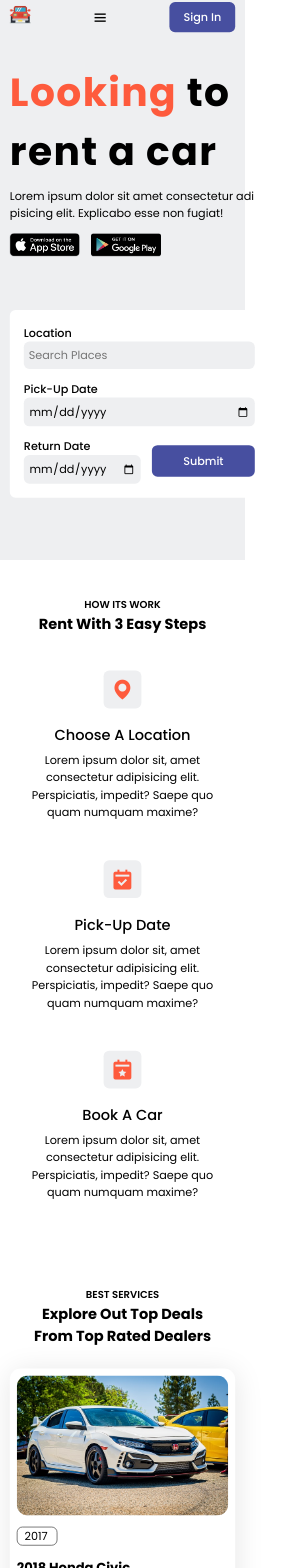
Repository: douglasabnovato/car-rental
Page: index.html
The author's editor kept a copy of each file at every save. The page is drawn from the files as they stood at one save, then again after the next save.
The browser window is 350 px wide. The page is 417 px wide, so the pictures cover 417 px, including what lies to the right of the window. The pictures show the part of the page from y = 0 to 2240 px (the page is 6547 px tall), at 70% of full size.

Above is the page before, as saved 2025-05-16 22:07:34.

### index.html
<!DOCTYPE html>
<html lang="en">
  <head>
    <meta charset="UTF-8" />
    <meta name="viewport" content="width=device-width, initial-scale=1.0" />
    <title>Car Rental</title>
    <link
      rel="stylesheet"
      href="https://cdn.jsdelivr.net/npm/boxicons@latest/css/boxicons.min.css"
    />
    <link rel="stylesheet" href="./style.css" />
  </head>
  <body>
    <!-- Header -->
    <header>
      <a href="#" class="logo"
        ><img src="./assets/jeep.png" alt="logo da car rental" srcset=""
      /></a>
      <div class="bx bx-menu" id="menu-icon"></div>
      <ul class="navbar">
        <li><a href="#home">Home</a></li>
        <li><a href="#ride">Ride</a></li>
        <li><a href="#services">Services</a></li>
        <li><a href="#about">About</a></li>
        <li><a href="#reviews">Reviews</a></li>
      </ul>
      <div class="header-btn">
        <a href="#" class="sign-up">Sign Up</a>
        <a href="#" class="sign-in">Sign In</a>
      </div>
    </header>

    <!-- Home -->
    <section class="home" id="home">
      <div class="text">
        <h1>
          <span>Looking</span> to <br />
          rent a car
        </h1>
        <p>
          Lorem ipsum dolor sit amet consectetur adi <br />
          pisicing elit. Explicabo esse non fugiat!
        </p>
        <div class="app-stores">
          <img src="./assets/ios.png" alt="" />
          <img src="./assets/play.png" alt="" />
        </div>
      </div>
      <div class="form-container">
        <form action="">
          <div class="input-box">
            <span>Location</span>
            <input type="search" name="" id="" placeholder="Search Places" />
          </div>
          <div class="input-box">
            <span>Pick-Up Date</span>
            <input type="date" name="" id="" />
          </div>
          <div class="input-box">
            <span>Return Date</span>
            <input type="date" name="" id="" />
          </div>
          <input type="submit" name="" id="" class="btn" />
        </form>
      </div>
    </section>

    <!-- Ride -->
    <section class="ride" id="ride">
      <div class="heading">
        <span>How Its Work</span>
        <h1>Rent With 3 Easy Steps</h1>
      </div>
      <div class="ride-container">
        <div class="box">
          <i class="bx bxs-map"></i>
          <h2>Choose A Location</h2>
          <p>
            Lorem ipsum dolor sit, amet consectetur adipisicing elit.
            Perspiciatis, impedit? Saepe quo quam numquam maxime?
          </p>
        </div>
        <div class="box">
          <i class="bx bxs-calendar-check"></i>
          <h2>Pick-Up Date</h2>
          <p>
            Lorem ipsum dolor sit, amet consectetur adipisicing elit.
            Perspiciatis, impedit? Saepe quo quam numquam maxime?
          </p>
        </div>
        <div class="box">
          <i class="bx bxs-calendar-star"></i>
          <h2>Book A Car</h2>
          <p>
            Lorem ipsum dolor sit, amet consectetur adipisicing elit.
            Perspiciatis, impedit? Saepe quo quam numquam maxime?
          </p>
        </div>
      </div>
    </section>

    <!-- Services -->
    <section class="services" id="services">
      <div class="heading">
        <span>Best Services</span>
        <h1>
          Explore Out Top Deals <br />
          From Top Rated Dealers
        </h1>
      </div>
      <div class="services-container">
        <div class="box">
          <div class="box-img">
            <img src="./assets/car1.jpg" alt="car1" />
          </div>
          <p>2017</p>
          <h3>2018 Honda Civic</h3>
          <h2>$58500 | $358 <span> /month</span></h2>
          <a href="#" class="btn">Rent Now</a>
        </div>

        <div class="box">
          <div class="box-img">
            <img src="./assets/car2.jpg" alt="car1" />
          </div>
          <p>2017</p>
          <h3>2018 Honda Civic</h3>
          <h2>$58500 | $358 <span> /month</span></h2>
          <a href="#" class="btn">Rent Now</a>
        </div>

        <div class="box">
          <div class="box-img">
            <img src="./assets/car3.jpg" alt="car1" />
          </div>
          <p>2017</p>
          <h3>2018 Honda Civic</h3>
          <h2>$58500 | $358 <span> /month</span></h2>
          <a href="#" class="btn">Rent Now</a>
        </div>

        <div class="box">
          <div class="box-img">
            <img src="./assets/car4.jpg" alt="car1" />
          </div>
          <p>2017</p>
          <h3>2018 Honda Civic</h3>
          <h2>$58500 | $358 <span> /month</span></h2>
          <a href="#" class="btn">Rent Now</a>
        </div>

        <div class="box">
          <div class="box-img">
            <img src="./assets/car5.jpg" alt="car1" />
          </div>
          <p>2017</p>
          <h3>2018 Honda Civic</h3>
          <h2>$58500 | $358 <span> /month</span></h2>
          <a href="#" class="btn">Rent Now</a>
        </div>

        <div class="box">
          <div class="box-img">
            <img src="./assets/car6.jpg" alt="car1" />
          </div>
          <p>2017</p>
          <h3>2018 Honda Civic</h3>
          <h2>$58500 | $358 <span> /month</span></h2>
          <a href="#" class="btn">Rent Now</a>
        </div>
      </div>
    </section>

    <!-- About -->
    <section class="about" id="about">
      <div class="heading">
        <span>About Us</span>
        <h1>Best Customer Experience</h1>
      </div>
      <div class="about-container">
        <div class="about-img">
          <img src="./assets/about.png" alt="" />
        </div>
        <div class="about-text">
          <span>About Us</span>
          <p>
            Lorem ipsum dolor sit amet consectetur adipisicing elit. Nemo atque
            quidem excepturi sunt est qui corporis iusto quo nobis vitae
            molestias veniam deleniti fugiat, beatae iste doloribus rerum
            officiis iure voluptates perferendis eaque ratione?
          </p>
          <a href="#" class="btn">Learn More</a>
        </div>
      </div>
    </section>

    <!-- Reviews -->
    <section class="reviews" id="reviews">
      <div class="heading">
        <span>Reviews</span>
        <h1>Whats Our Customer Say</h1>
      </div>
      <div class="reviews-container">
        <div class="box">
          <div class="rev-img">
            <img src="./assets/rev1.jpg" alt="" />
          </div>
          <h2>Someone Name</h2>
          <div class="stars">
            <i class="bx bxs-star"></i>
            <i class="bx bxs-star"></i>
            <i class="bx bxs-star"></i>
            <i class="bx bxs-star"></i>
            <i class="bx bxs-star-half"></i>
          </div>
          <p>
            Lorem ipsum dolor sit amet consectetur adipisicing elit. Explicabo
            qui similique laborum hic molestiae. Quaerat ipsa cum sit.
          </p>
        </div>
        <div class="box">
          <div class="rev-img">
            <img src="./assets/rev2.jpg" alt="" />
          </div>
          <h2>Someone Name</h2>
          <div class="stars">
            <i class="bx bxs-star"></i>
            <i class="bx bxs-star"></i>
            <i class="bx bxs-star"></i>
            <i class="bx bxs-star"></i>
            <i class="bx bxs-star-half"></i>
          </div>
          <p>
            Lorem ipsum dolor sit amet consectetur adipisicing elit. Explicabo
            qui similique laborum hic molestiae. Quaerat ipsa cum sit.
          </p>
        </div>
        <div class="box">
          <div class="rev-img">
            <img src="./assets/rev3.jpg" alt="" />
          </div>
          <h2>Someone Name</h2>
          <div class="stars">
            <i class="bx bxs-star"></i>
            <i class="bx bxs-star"></i>
            <i class="bx bxs-star"></i>
            <i class="bx bxs-star"></i>
            <i class="bx bxs-star-half"></i>
          </div>
          <p>
            Lorem ipsum dolor sit amet consectetur adipisicing elit. Explicabo
            qui similique laborum hic molestiae. Quaerat ipsa cum sit.
          </p>
        </div>
      </div>
    </section>

    <!-- Newsletter -->
    <section class="newsletter">
      <h2>Subscribe To Newsletter</h2>
      <div class="box">
        <input type="text" placeholder="Enter Your E-mail ..." />
        <a href="#" class="btn">Subscribe</a>
      </div>
    </section>

    <!-- Copyright -->
    <div class="copyright">
      <p>&#169; @douglasabnovato All Right Reserved</p>
      <div class="social">
        <a href="#"><i class="bx bxl-facebook"></i></a>
        <a href="#"><i class="bx bxl-twitter"></i></a>
        <a href="#"><i class="bx bxl-instagram"></i></a>
      </div>
    </div>

    <!-- Link to JS -->
    <script src="./script.js"></script>
  </body>
</html>

### style.css
@import url("https://fonts.googleapis.com/css2?family=Noto+Sans:ital,wght@0,100..900;1,100..900&family=Poppins:ital,wght@0,100;0,200;0,300;0,400;0,500;0,600;0,700;0,800;0,900;1,100;1,200;1,300;1,400;1,500;1,600;1,700;1,800;1,900&display=swap");

* {
  margin: 0;
  padding: 0;
  box-sizing: border-box;
  scroll-padding-top: 2rem;
  scroll-behavior: smooth;
  list-style: none;
  text-decoration: none;
  font-family: "Poppins", sans-serif;
}

:root {
  --main-color: #fe5b3d;
  --second-color: #ffac38;
  --text-color: #444;
  --gradient: linear-gradient(#fe5b3d, #ffac38);
}

html::-webkit-scrollbar {
  width: 0.5rem;
}

html::-webkit-scrollbar-track {
  background: transparent;
}

html::-webkit-scrollbar-thumb {
  background: var(--main-color);
  border-radius: 5rem;
}

section {
  padding: 50px 100px;
}

/* Header */

header {
  position: fixed;
  width: 100%;
  top: 0;
  right: 0;
  z-index: 1000;
  display: flex;
  align-items: center;
  justify-content: space-between;
  background: #eeeff1;
  padding: 15px 100px;
}

.logo img {
  width: 40px;
}

.navbar {
  display: flex;
}

.navbar li {
  position: relative;
}

.navbar a {
  font-size: 1rem;
  padding: 10px 20px;
  color: var(--text-color);
  font-weight: 500;
}

.navbar a:after {
  content: "";
  width: 0;
  height: 3px;
  background: var(--gradient);
  position: absolute;
  bottom: -4px;
  left: 0;
  transition: 0.5s;
}

.navbar a:hover::after {
  width: 100%;
}

#menu-icon {
  font-size: 24px;
  cursor: pointer;
  z-index: 10001;
  display: none;
}

.header-btn a {
  padding: 10px 20px;
  color: var(--text-color);
  font-weight: 500;
}

.header-btn .sign-in {
  background: #474fa0;
  color: #fff;
  border-radius: 0.5rem;
}

.header-btn .sign-in:hover {
  background: var(--main-color);
}

/* Home */
.home {
  width: 100%;
  min-height: 100vh;
  position: relative;
  background: url(./assets/Car\ Website\ –\ 1@2x.png);
  background-repeat: no-repeat;
  background-position: center right;
  background-size: cover;
  display: grid;
  align-items: center;
  grid-template-columns: repeat(2, 1fr);
}

.text h1 {
  font-size: 3.5rem;
  letter-spacing: 2px;
}

.text span {
  color: var(--main-color);
}

.text p {
  margin: 0.5rem 0 1rem;
}

.app-stores {
  display: flex;
}

.app-stores img {
  width: 100px;
  margin-right: 1rem;
  cursor: pointer;
}

.form-container form {
  display: flex;
  flex-wrap: wrap;
  align-items: center;
  gap: 1rem;
  position: absolute;
  bottom: 4rem;
  left: 100px;
  background: #fff;
  padding: 20px;
  border-radius: 0.5rem;
}

.input-box {
  flex: 1 1 7rem;
  display: flex;
  flex-direction: column;
}

.input-box span {
  font-weight: 500;
}

.input-box input {
  padding: 7px;
  outline: none;
  border: none;
  background: #eeeff1;
  border-radius: 0.5rem;
  font-size: 1rem;
}

.form-container form .btn {
  flex: 1 1 7rem;
  padding: 10px 34px;
  border: none;
  border-radius: 0.5rem;
  background: #474fa0;
  color: #fff;
  font-size: 1rem;
  font-weight: 500;
}

.form-container form .btn:hover {
  background: var(--main-color);
  cursor: pointer;
}

/* Ride */
.heading {
  text-align: center;
}

.heading span {
  font-weight: 500;
  text-transform: uppercase;
}

.heading h1 {
  font-size: 2rem;
}

.ride-container {
  display: grid;
  align-items: center;
  grid-template-columns: repeat(auto-fit, minmax(250px, auto));
  gap: 1rem;
  margin-top: 2rem;
}

.ride-container .box {
  text-align: center;
  padding: 20px;
}

.ride-container .box .bx {
  font-size: 34px;
  padding: 10px;
  background: #eeeff1;
  border-radius: 0.5rem;
  color: var(--main-color);
}

.ride-container .box h2 {
  font-size: 1.3rem;
  font-weight: 500;
  margin: 1.4rem 0 0.5rem;
}

.ride-container .box .bx:hover,
.ride-container .box .bx .bxs-calendar-star {
  background: var(--gradient);
  color: #fff;
}

/* Services */
.services-container {
  display: grid;
  grid-template-columns: repeat(auto-fit, minmax(300px, auto));
  gap: 1rem;
  margin-top: 2rem;
}

.services-container .box {
  padding: 10px;
  border-radius: 1rem;
  box-shadow: 1px 4px 41px rgba(0, 0, 0, 0.1);
}

.services-container .box .box-img {
  width: 100%;
  height: 200px;
}

.services-container .box .box-img img {
  width: 100%;
  height: 100%;
  border-radius: 1rem;
  object-fit: cover;
  object-position: center;
}

.services-container .box p {
  padding: 0 10px;
  border: 1px solid var(--text-color);
  width: 58px;
  border-radius: 0.5rem;
  margin: 1rem 0 1rem;
}

.services-container .box h2 {
  font-size: 1.1rem;
  font-weight: 600;
  color: var(--main-color);
  margin: 0.2rem 0 0 0.5rem;
}

.services-container .box h2 span {
  font-size: 0.8rem;
  font-weight: 500;
  color: var(--text-color);
}

.services-container .box .btn {
  display: flex;
  justify-content: center;
  background: #474fa0;
  color: #fff;
  padding: 10px;
  border-radius: 0.5rem;
}

.services-container .box .btn:hover {
  background: var(--main-color);
}

/* About */
.about-container {
  display: grid;
  grid-template-columns: repeat(2, 1fr);
  margin-top: 2rem;
  align-items: center;
  gap: 1rem;
}

.about-img img {
  width: 100%;
}

.about-text span {
  font-weight: 500;
  color: var(--main-color);
  text-transform: uppercase;
}

.about-text p {
  margin: 0.5rem 0 1.4rem;
}

.about-text .btn {
  padding: 10px 20px;
  background: #474fa0;
  color: #fff;
  border-radius: 0.5rem;
}

.about-text .btn:hover {
  background: var(--main-color);
}

/* Review */
.reviews-container {
  display: grid;
  grid-template-columns: repeat(auto-fit, minmax(250px, auto));
  gap: 1rem;
  margin-top: 2rem;
}

.rev-img {
  width: 70px;
  height: 70px;
}

.rev-img img {
  width: 100%;
  height: 100%;
  border-radius: 50%;
  object-fit: cover;
  object-position: center;
  border: 2px solid var(--second-color);
}

.reviews-container .box {
  display: flex;
  flex-direction: column;
  align-items: center;
  text-align: center;
  padding: 20px;
  box-shadow: 1px 4px 41px rgba(0, 0, 0, 0.1);
  border-radius: 0.5rem;
}

.reviews-container .box h2 {
  font-size: 1.1rem;
  font-weight: 600;
  margin: 0.5rem 0 0.5rem;
}

.reviews-container .box p {
  font-style: italic;
}

.reviews-container .box .stars .bx {
  color: var(--main-color);
}

/* Newsletter */
.newsletter {
  background: linear-gradient(to top right, #fe5b3d, #ffac38);
  display: flex;
  flex-direction: column;
  align-items: center;
}

.newsletter h2 {
  color: #fff;
  font-size: 1.8rem;
}

.newsletter .box {
  margin-top: 1rem;
  background: #fff;
  border-radius: 0.5rem;
  padding: 4px 8px;
  width: 350px;
  display: flex;
  justify-content: space-between;
}

.newsletter .box input {
  border: none;
  outline: none;
}

.newsletter .box .btn {
  background: #474fa0;
  color: #fff;
  padding: 8px 20px;
  border-radius: 0.5rem;
}

/* Copyright */
.copyright {
  padding: 20px;
  display: flex;
  justify-content: space-between;
  align-items: center;
}

.social a {
  color: #444;
  padding: 10px;
  font-size: 21px;
  transition: font-size 2s;
}

.social a:hover {
  font-size: 24px;
  color: #fe5b3d;
}

/* Responsive */

@media screen and (max-width: 991px) {
  header {
    padding: 18px 40px;
  }
  section {
    padding: 80px 40px;
  }
}

@media screen and (max-width: 891px) {
  .home {
    background-position: left;
  }
  .form-container form {
    bottom: 0.2rem;
    left: 40px;
  }
}

@media screen and (max-width: 768px) {
  header {
    padding: 11px 40px;
  }

  #menu-icon {
    display: initial;
  }

  .sign-up {
    display: none;
  }

  .text h2 {
    font-size: 2.5rem;
  }

  .home {
    grid-template-columns: 1fr;
  }

  .form-container form {
    position: unset;
  }

  header .navbar {
    position: absolute;
    top: -500px;
    left: 0;
    right: 0;
    display: flex;
    flex-direction: column;
    background: #fff;
    box-shadow: 0 4px 4px rgba(0, 0, 0, 0.1);
    transition: 0.2 ease;
    text-align: left;
  }

  .navbar.active {
    top: 100%;
  }

  .navbar a {
    padding: 1rem;
    border-left: 2px solid var(--main-color);
    margin: 1rem;
    display: block;
  }

  .navbar a:hover {
    color: #fff;
    background: var(--main-color);
    border: none;
  }

  .navbar a::after {
    display: none;
  }

  .heading span {
    font-size: 0.9rem;
    font-weight: 600;
  }

  .heading h1 {
    font-size: 1.3rem;
  }

  .about-container {
    grid-template-columns: 1fr;
    text-align: center;
  }

  .about-img {
    padding: 1rem;
    order: 2;
  }
}

@media screen and (max-width: 568px) {
  .copyright {
    flex-direction: column;
  }

  .newsletter .box {
    width: 284px;
  }
}

@media screen and (max-width: 350px) {
  header {
    padding: 6px 14px;
  }

  .logo img {
    width: 30px;
  }

  section {
    padding: 50px 14px;
  }
}

### script.js
/**
 * Menu Header responsive
 */
let menu = document.querySelector("#menu-icon");
let navbar = document.querySelector(".navbar");

menu.onclick = () => {
  menu.classList.toggle("bx-x");
  navbar.classList.toggle("active");
};

window.onscroll = () => {
  menu.classList.remove("bx-x");
  navbar.classList.remove("active");
};

After the next save:
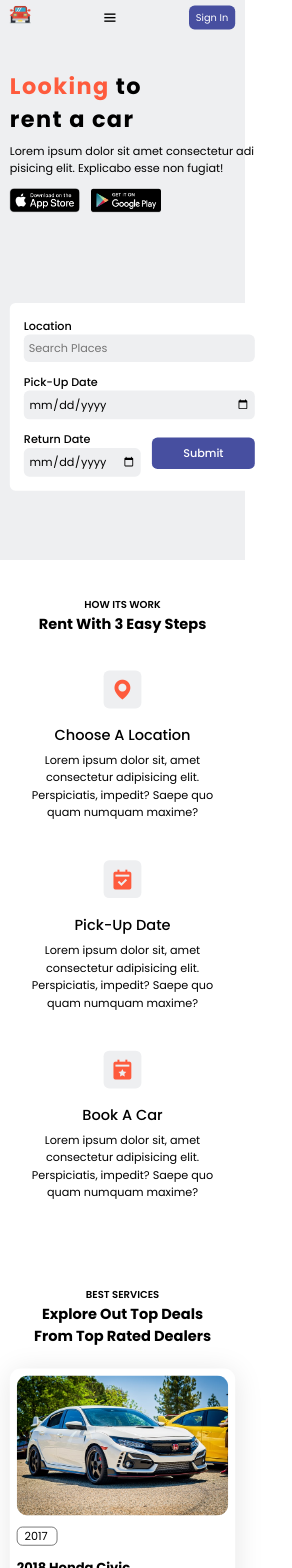
Saved 3 min 2 s later.
--- a/style.css
+++ b/style.css
@@ -557,4 +557,22 @@ header {
   section {
     padding: 50px 14px;
   }
-}
+
+  .header-btn .sign-in {
+    padding: 7px 10px;
+    font-size: 14px;
+    font-weight: 400;
+  }
+
+  .text h1 {
+    font-size: 2rem;
+  }
+
+  .form-container {
+    padding-top: 2rem;
+  }
+
+  .services-container {
+    grid-template-columns: repeat(auto-fit, minmax(254px));
+  }
+}
